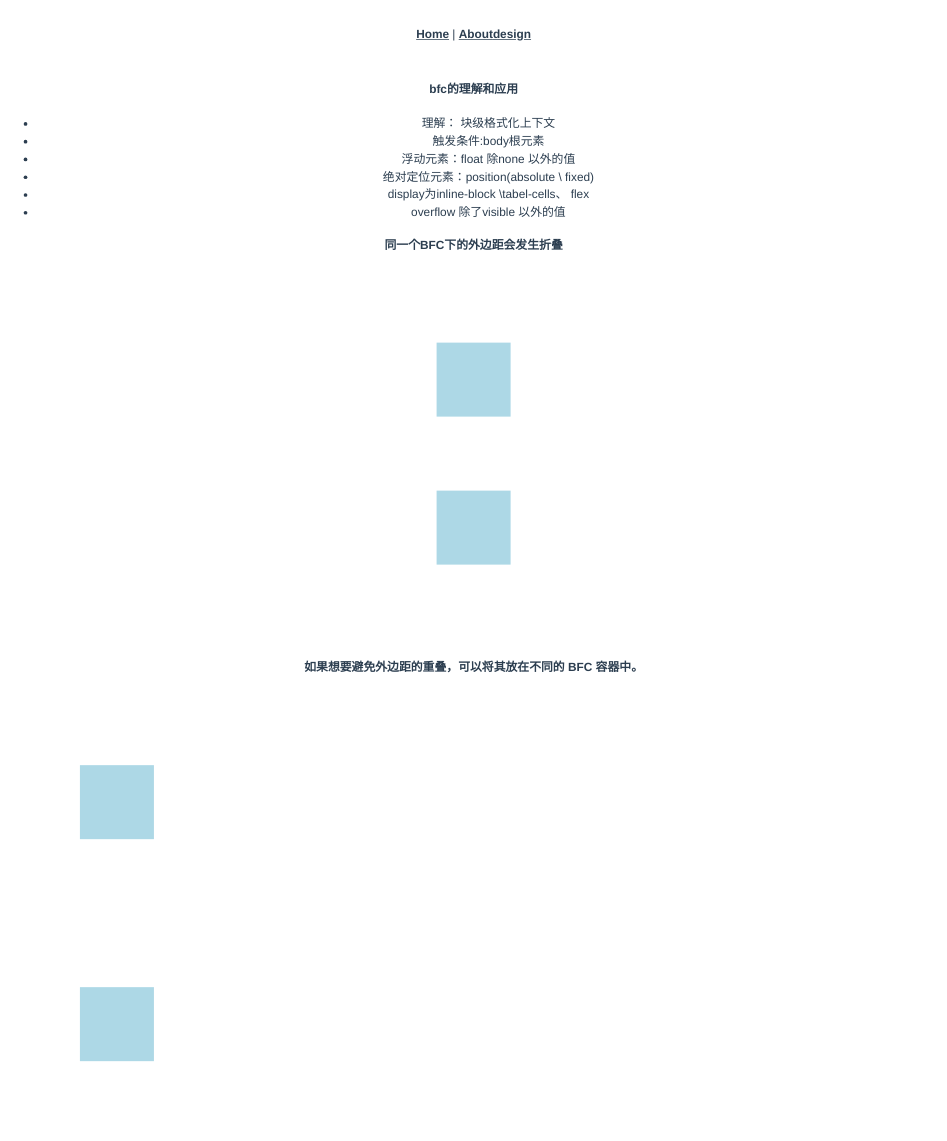
Repository: 1025215705/design
Page: /layout/3 (app in vue-ts/)
These files come from the project's save history. The page is drawn as it stood at one moment and after the next save; the edit follows.
The browser window is 1280 px wide. The pictures show the whole page, at 74% of full size.
The project was rebuilt for these pictures with package versions that can differ from the ones it lists, and the page was loaded fresh each time. Also part of the build but not shown: vue-ts/src/components/HelloWorld.vue, vue-ts/src/views/Home.vue, vue-ts/src/practice/design/adaptee.ts, vue-ts/src/practice/design/decorator.ts, vue-ts/src/practice/design/observer.ts, vue-ts/src/practice/design/proxy.ts, vue-ts/src/practice/design/singletonLogin.ts, vue-ts/src/practice/design/userFactory.ts and 5 more.

Above is the page before, as saved 2020-12-11 15:12:17.

### vue-ts/src/main.ts
import Vue from 'vue'
import App from './App.vue'
import router from './router'
import store from './store'
import ElementUI from 'element-ui'
import 'element-ui/lib/theme-chalk/index.css'
Vue.config.productionTip = false
Vue.use(ElementUI);
new Vue({
  router,
  store,
  render: h => h(App)
}).$mount('#app')

### vue-ts/src/App.vue
<template>
  <div id="app">
    <div id="nav">
      <router-link to="/">Home</router-link> |
      <router-link to="/about">About</router-link>
      <router-link to="/design">design</router-link>
    </div>
    <router-view/>
  </div>
</template>

<style lang="scss">
#app {
  font-family: Avenir, Helvetica, Arial, sans-serif;
  -webkit-font-smoothing: antialiased;
  -moz-osx-font-smoothing: grayscale;
  text-align: center;
  color: #2c3e50;
}

#nav {
  padding: 30px;

  a {
    font-weight: bold;
    color: #2c3e50;

    &.router-link-exact-active {
      color: #42b983;
    }
  }
}
</style>

### vue-ts/src/router/index.ts
import Vue from 'vue'
import VueRouter, { RouteConfig } from 'vue-router'
import Home from '../views/Home.vue'
import design from "../practice/design/index.vue"
import class2To10 from "../practice/class/class2To10.vue"
import  class11To20 from "../practice/class/class11To20.vue"
import box from "../practice/layout/box.vue";
import magrin from "../practice/layout/magrin.vue";
import bfc from "../practice/layout/bfc.vue"
Vue.use(VueRouter)

const routes: Array<RouteConfig> = [
  {
    path: '/',
    name: 'Home',
    component: Home
  },
  {
    path: '/about',
    name: 'About',
    // route level code-splitting
    // this generates a separate chunk (about.[hash].js) for this route
    // which is lazy-loaded when the route is visited.
    component: () => import(/* webpackChunkName: "about" */ '../views/About.vue')
  },
  {
    path: '/design',
    name: 'design',
    // route level code-splitting
    // this generates a separate chunk (about.[hash].js) for this route
    // which is lazy-loaded when the route is visited.
    component: design
  },
  {
    path: '/class/2',
    name: 'class2To10',
    // route level code-splitting
    // this generates a separate chunk (about.[hash].js) for this route
    // which is lazy-loaded when the route is visited.
    component: class2To10
  },
  {
    path: '/class/3',
    name: 'class11To20',
    // route level code-splitting
    // this generates a separate chunk (about.[hash].js) for this route
    // which is lazy-loaded when the route is visited.
    component: class11To20
  },
  {
      path:"/layout/1",
      name:"1",
      component: box
  },
  {
    path:"/layout/2",
    name:"2",
    component: magrin
},
{
    path:"/layout/3",
    name:"3",
    component: bfc
}
]

const router = new VueRouter({
  mode: 'history',
  base: process.env.BASE_URL,
  routes
})

export default router

### vue-ts/src/practice/layout/bfc.vue
<template>
	<div>
		<h4>bfc的理解和应用</h4>
		<ul>
			<li>理解： 块级格式化上下文</li>
			<li>触发条件:body根元素</li>
			<li>浮动元素：float 除none 以外的值</li>
			<li>绝对定位元素：position(absolute \ fixed)</li>
			<li>display为inline-block \tabel-cells、 flex</li>
			<li>overflow 除了visible 以外的值</li>
		</ul>
		<h4>同一个BFC下的外边距会发生折叠</h4>
		<div style="display:inline-block">
			<div class="bfc"></div>
			<div class="bfc"></div>
		</div>
		<h4>如果想要避免外边距的重叠，可以将其放在不同的 BFC 容器中。</h4>
		<div class="container">
			<p class="p1"></p>
		</div>
		<div class="container">
			<p class="p1"></p>
		</div>
	</div>
</template>
<script>
export default {}
</script>
<style scoped>
.bfc {
	width: 100px;
	height: 100px;
	background: lightblue;
	margin: 100px;
}
.container {
    overflow: hidden;
}
p {
    width: 100px;
    height: 100px;
    background: lightblue;
    margin: 100px;
}
</style>

Loaded but not shown: vue-ts/public/index.html (common file); vue-ts/src/store/index.ts (common file)

After the next save:
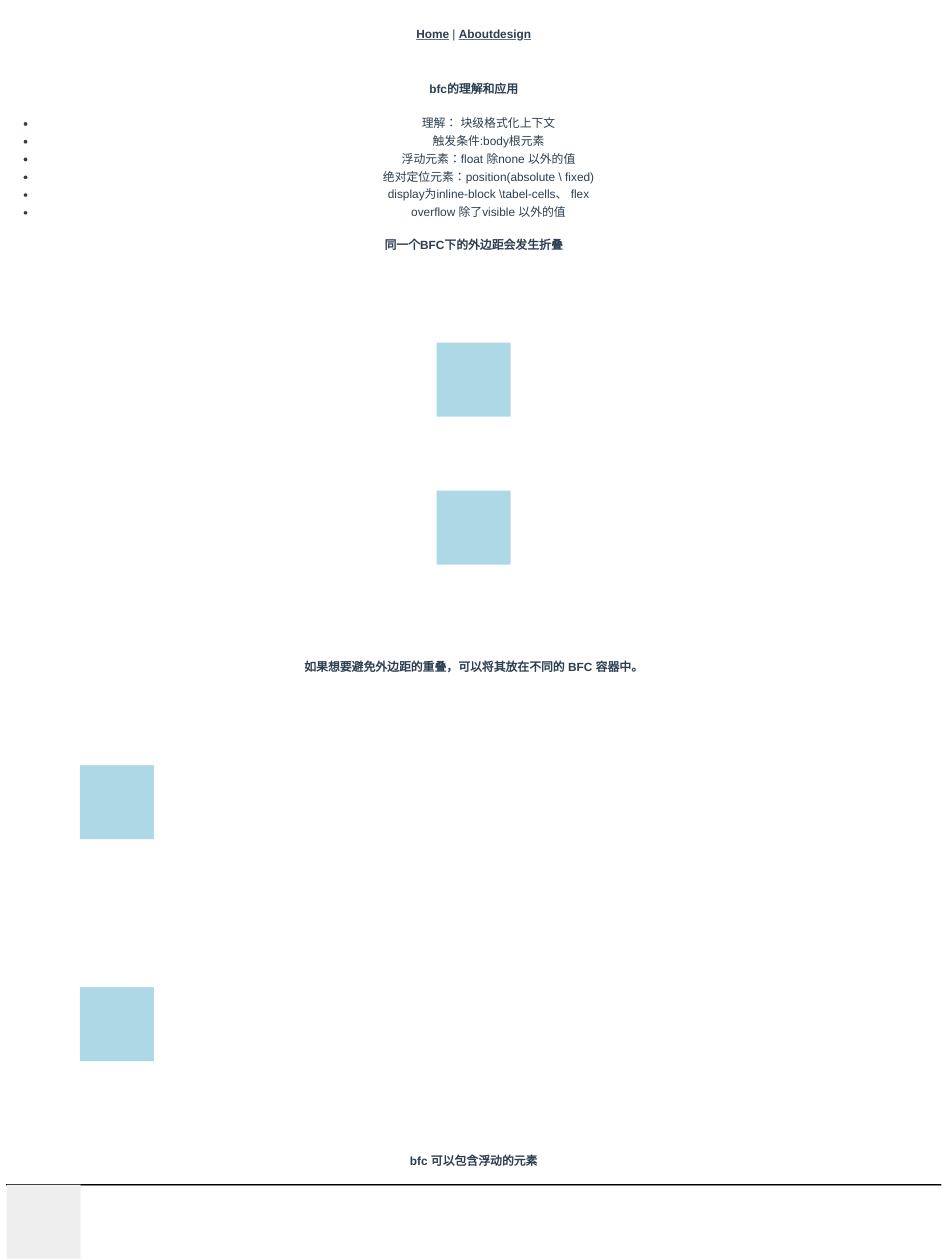
Saved 2 min 10 s later.
--- a/vue-ts/src/practice/layout/bfc.vue
+++ b/vue-ts/src/practice/layout/bfc.vue
@@ -21,6 +21,12 @@
 		<div class="container">
 			<p class="p1"></p>
 		</div>
+		<h4>bfc 可以包含浮动的元素</h4>
+		<div style="border: 1px solid #000;">
+			<div
+				style="width: 100px;height: 100px;background: #eee;float: left;"
+			></div>
+		</div>
 	</div>
 </template>
 <script>
@@ -34,12 +40,12 @@ export default {}
 	margin: 100px;
 }
 .container {
-    overflow: hidden;
+	overflow: hidden;
 }
 p {
-    width: 100px;
-    height: 100px;
-    background: lightblue;
-    margin: 100px;
+	width: 100px;
+	height: 100px;
+	background: lightblue;
+	margin: 100px;
 }
 </style>
